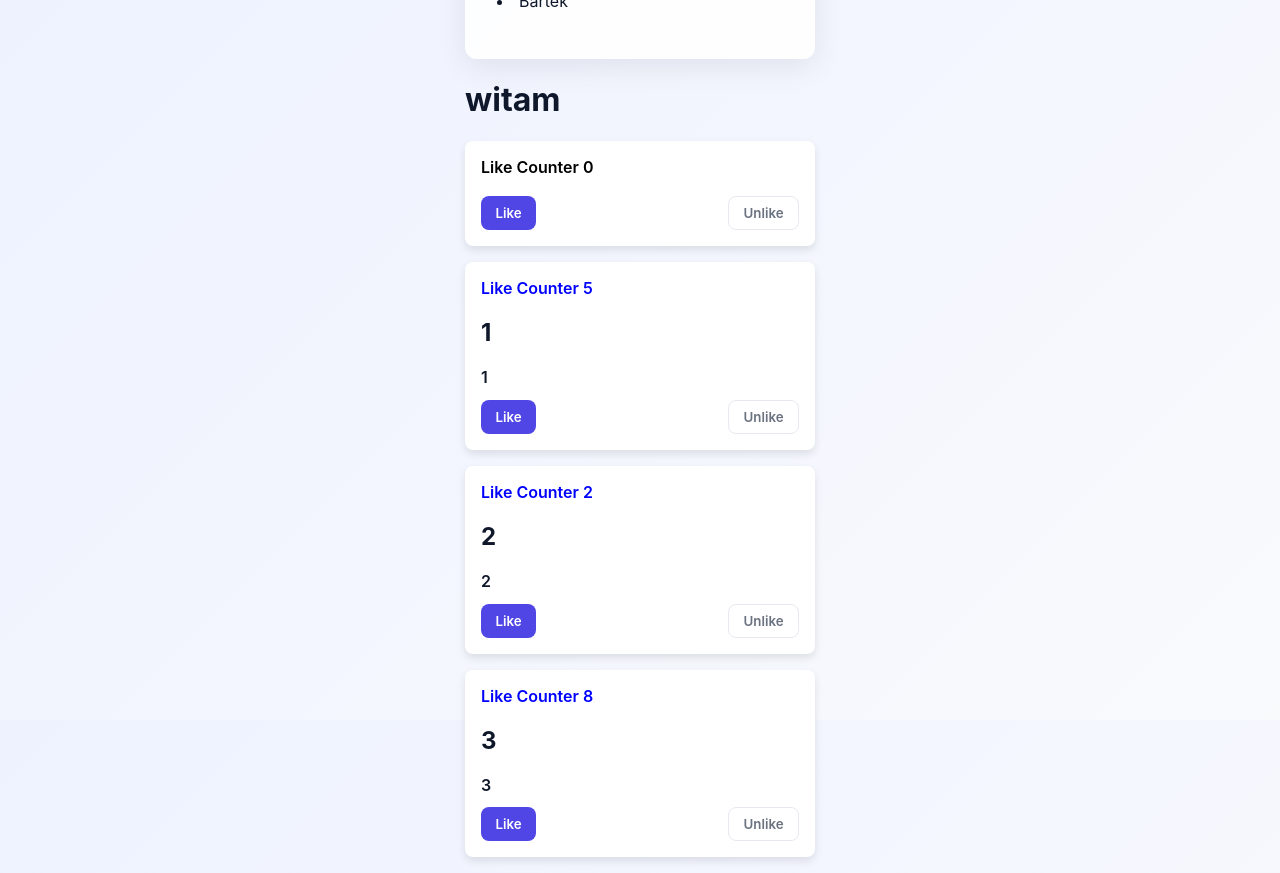
Repository: KrystianTrzy/reactapt
Page: /
An editor plug-in stored every save of this project. The page is shown before and after a run of saves, followed by the edit.
The browser window is 1280 px wide. The pictures show the whole page.
The project was rebuilt for these pictures with package versions that can differ from the ones it lists, and the page was loaded fresh each time.

Above is the page before, as saved 2025-11-22 09:40:30.

After the next 2 saves:
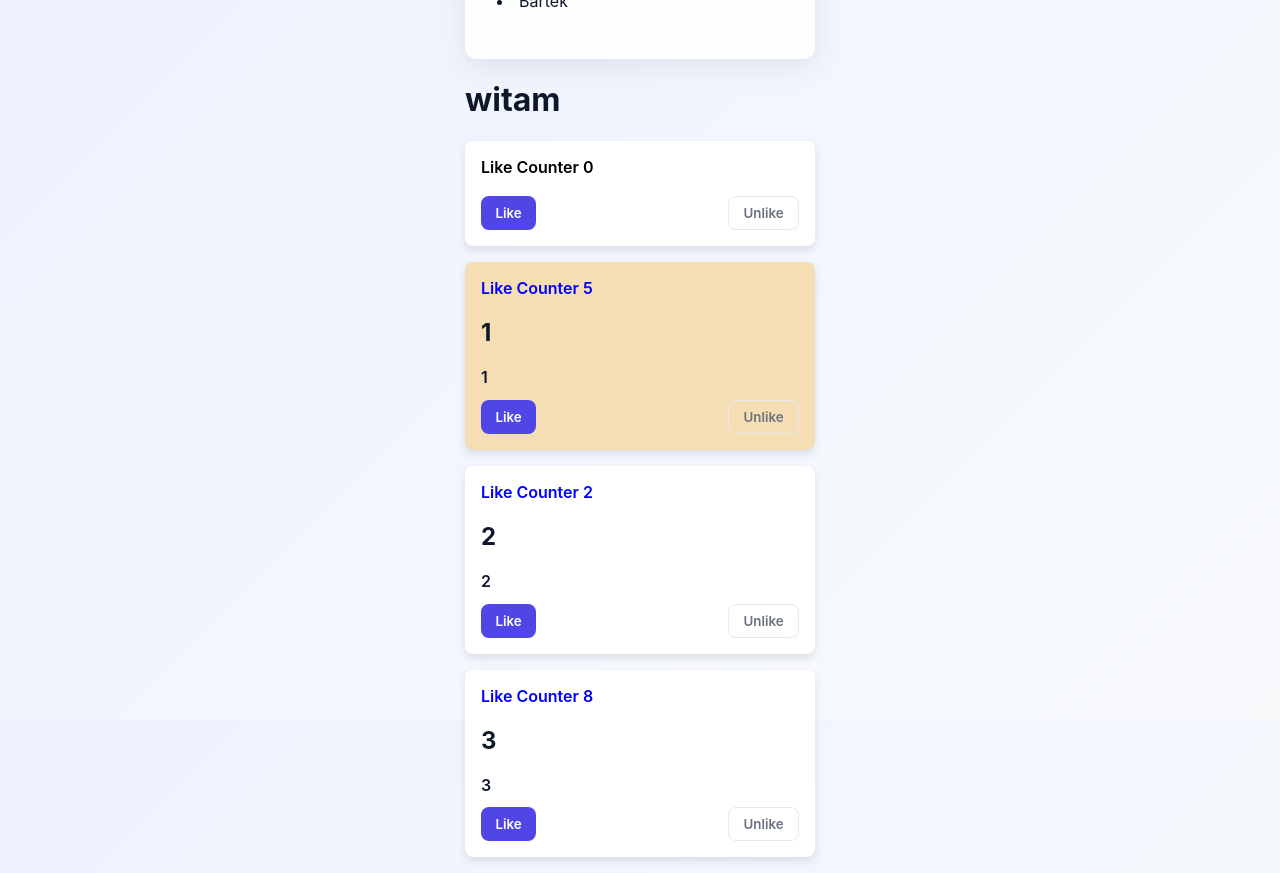
The 2 saves are shown as one change because they came seconds apart.
The last was saved 8 s later.
--- a/src/index.js
+++ b/src/index.js
@@ -12,7 +12,7 @@
       <h1>witam</h1>
       <LikeCounter />
       <LikeCounter
-        color=""
+        color="wheat"
         title="1"
         description="1"
         count ="5"

After the save that followed:
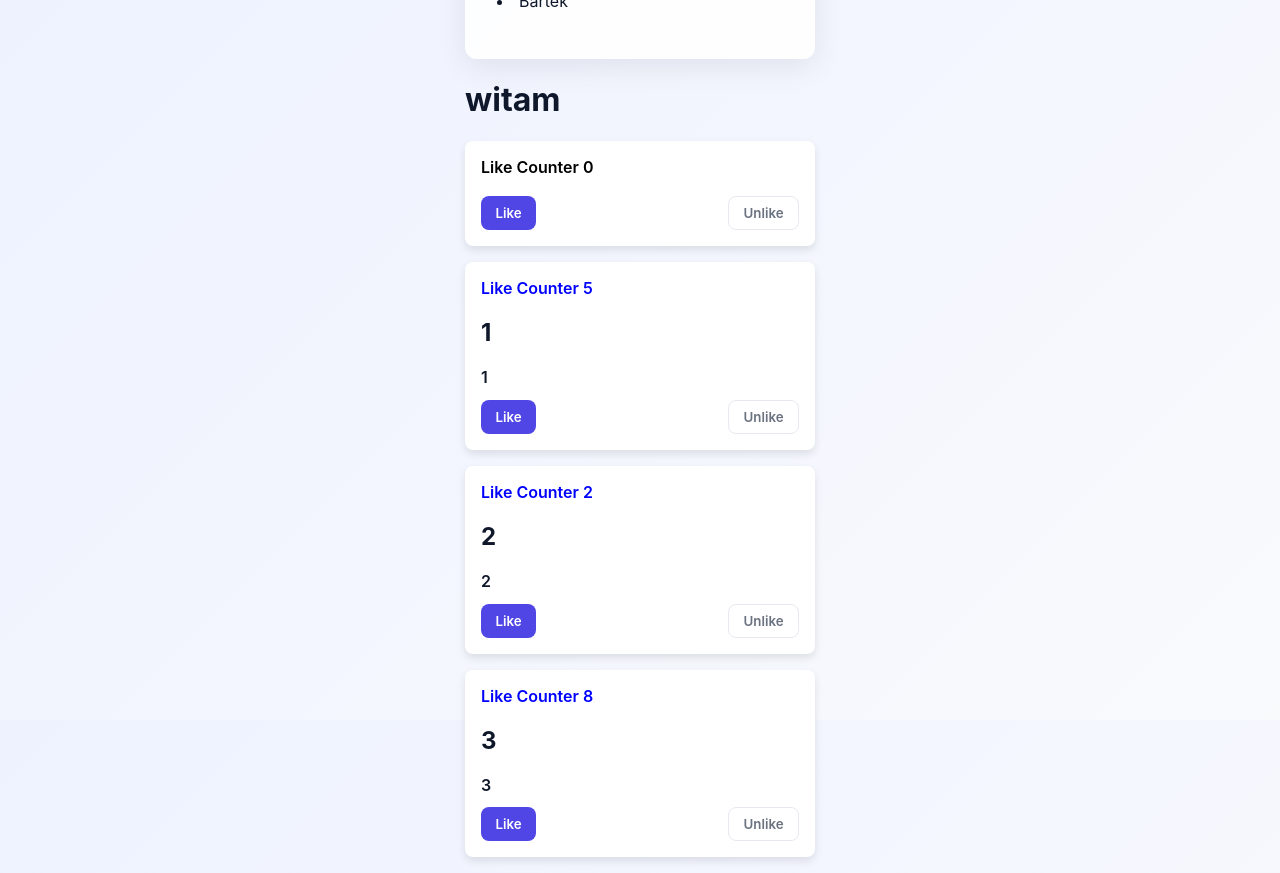
Saved 6 s later.
--- a/src/index.js
+++ b/src/index.js
@@ -12,7 +12,7 @@
       <h1>witam</h1>
       <LikeCounter />
       <LikeCounter
-        color="wheat"
+        color=""
         title="1"
         description="1"
         count ="5"
